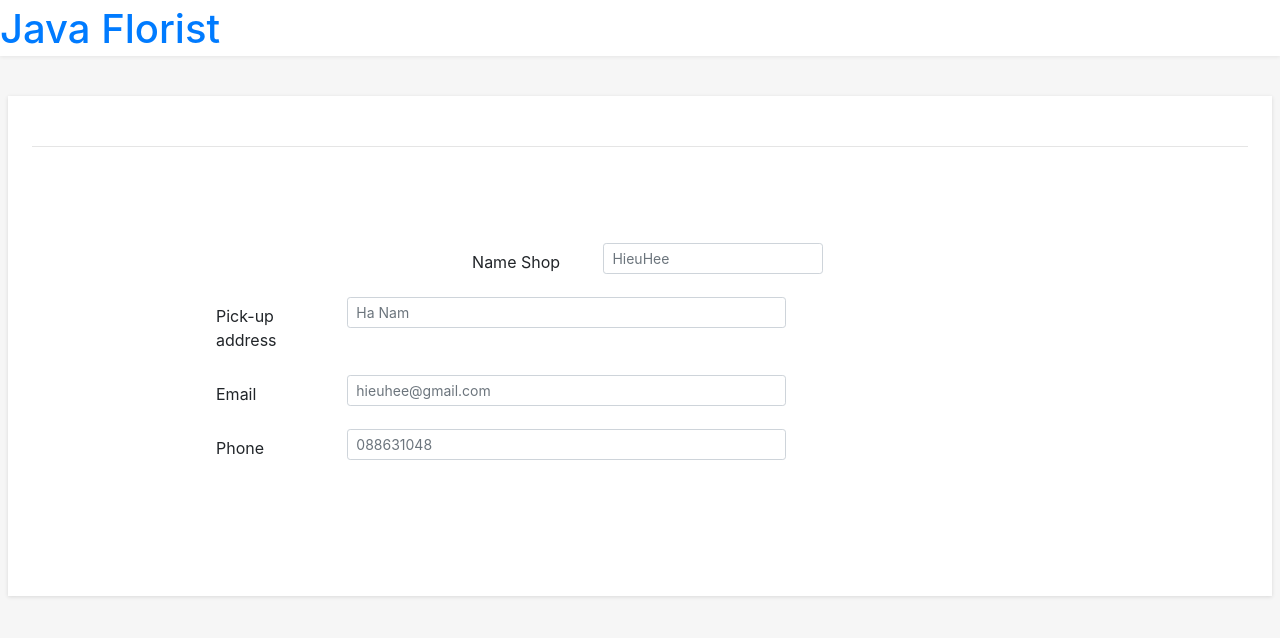
Repository: hienttm/flower-java-florist
Page: JavaFlorist/JavaFlorist/wwwroot/BecomePartner/index.html
The author's editor kept a copy of each file at every save. The page is drawn from the files as they stood at one save, then again after a run of saves.
The browser window is 1280 px wide. The pictures show the whole page.
Some web libraries are served in a nearby version.

Above is the page before, as saved 2023-12-29 18:02:25.

### JavaFlorist/JavaFlorist/wwwroot/BecomePartner/index.html
<!DOCTYPE html>
<html lang="en">
<head>
    <meta charset="UTF-8">
    <meta name="viewport" content="width=device-width, initial-scale=1.0">
    <title>Document</title>
        <!-- Google Web Fonts -->
        <link rel="preconnect" href="https://fonts.googleapis.com">
        <link rel="preconnect" href="https://fonts.gstatic.com" crossorigin>
        <link href="https://fonts.googleapis.com/css2?family=Open+Sans:wght@400;600&family=Raleway:wght@600;800&display=swap" rel="stylesheet">

        <!-- Icon Font Stylesheet -->
        <link rel="stylesheet" href="https://use.fontawesome.com/releases/v5.15.4/css/all.css" />
        <link href="https://cdn.jsdelivr.net/npm/bootstrap-icons@1.4.1/font/bootstrap-icons.css" rel="stylesheet">

            <!-- Customized Bootstrap Stylesheet -->
            <link rel="stylesheet" href="https://cdn.jsdelivr.net/npm/bootstrap@4.0.0/dist/css/bootstrap.min.css" integrity="sha384-Gn5384xqQ1aoWXA+058RXPxPg6fy4IWvTNh0E263XmFcJlSAwiGgFAW/dAiS6JXm" crossorigin="anonymous">
        <link rel="stylesheet" href="style/Partner.css">
</head>
<body>
    <!-- Spinner Start -->
    <div class="onboarding-page">
        <div class="header">
            <a asp-action="Index" asp-controller="Home" class="navbar-brand"><h1 class="text-primary display-6"> Java Florist</h1></a>
        </div>
        <div class="onboarding">
            <div class="onboarding-layout__main">
                <div class="onboarding-layout__content onboarding-layout__card">
                    <div class="flow-step-content">
                        <div class="steps-header"></div>
                        <div class="form-input">
                            <form class="p-5">
                                <div class="form-group row justify-content-center">
                                  <label for="text" class="col-sm-2 col-form-label">Name Shop</label>
                                  <div class="w-25">
                                    <input class="form-control form-control-sm" type="text" placeholder="HieuHee">
                                  </div>
                                </div>
                                <div class="form-group row">
                                  <label for="text" class="col-sm-2 col-form-label">Pick-up address</label>
                                  <div class="w-50">
                                    <input type="text" class="form-control form-control-sm"  placeholder="Ha Nam">
                                  </div>
                                </div>
                                <div class="form-group row">
                                    <label for="Email" class="col-sm-2 col-form-label">Email</label>
                                    <div class="w-50">
                                      <input type="email" class="form-control form-control-sm"  placeholder="hieuhee@gmail.com">
                                    </div>
                                  </div>
                                  <div class="form-group row">
                                    <label for="phone" class="col-sm-2 col-form-label">Phone</label>
                                    <div class="w-50">
                                        <input type="phone" class="form-control form-control-sm"  placeholder="088631048">
                                    </div>
                                  </div>
                              </form>
                        </div>
                    </div>

                </div>
            </div>
        </div>
    </div>


        <!-- JavaScript Libraries -->
        <script src="https://ajax.googleapis.com/ajax/libs/jquery/3.6.4/jquery.min.js"></script>
        <script src="https://cdn.jsdelivr.net/npm/bootstrap@5.0.0/dist/js/bootstrap.bundle.min.js"></script>
</body>
</html>

### JavaFlorist/JavaFlorist/wwwroot/BecomePartner/style/Partner.css
*,
*:before,
*:after {
  box-sizing: border-box;
}
* {
  margin: 0;
  padding: 0;
  font: inherit;
}
img,
picture,
svg,
video {
  display: block;
  max-width: 100%;
}
input,
select,
textarea {
  background-color: transparent;
  outline: none;
}
button {
  cursor: pointer;
  background-color: transparent;
  outline: none;
  border: 0;
}
body {
  min-height: 100vh;
  font-weight: 400;
  font-size: 16px;
  line-height: 1;
}

.onboarding-page{
    padding-top: 56px;
    min-width: 1264px;
    margin: 0 auto;
}
.header{
    position: fixed;
    top: 0;
    left: 0;
    width: 100%;
    height: 56px;
    box-shadow: 0 1px 4px 0 rgba(0,0,0,.07);
    background-color: #fff;
    z-index: 100001;
}

.navbar-brand{
    color: #CDB4DB !important;
}
.onboarding {
    min-height: calc(100vh - 56px - 40px);
    padding-bottom: 40px;
    background-color: #f6f6f6;
    }

.onboarding-layout__main {
        padding-top: 40px;
}

.onboarding-layout__card {
    width: 1264px;
    margin: 0 auto;
    height: 500px;
    background-color: #fff;
    box-shadow: 0 1px 4px 0 rgba(0,0,0,.12);
    }

    .flow-step-content{
        padding: 50px 24px;
    }
    .steps-header{
        border-bottom: 1px solid #e5e5e5;
    }

    .form-input{
        max-width: 944px;
        margin: 48px auto 40px;
        min-height: 198px;
}

After the next 6 saves:
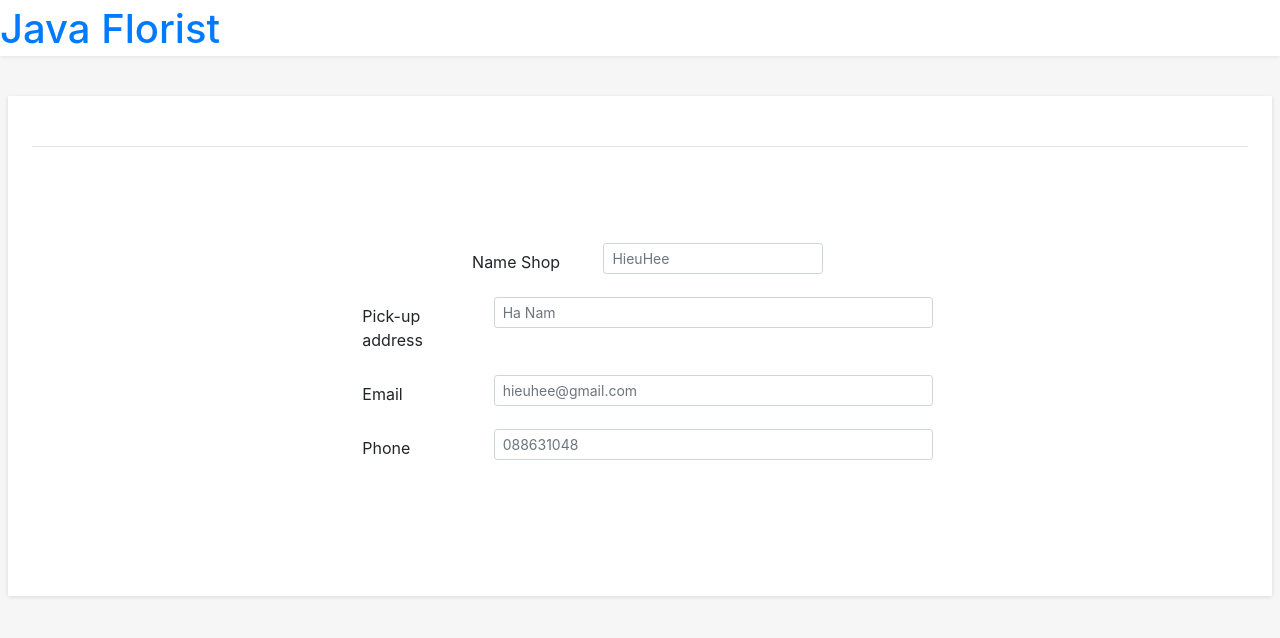
The 6 saves are shown as one change because they came seconds apart.
The last was saved 16 s later.
--- a/JavaFlorist/JavaFlorist/wwwroot/BecomePartner/index.html
+++ b/JavaFlorist/JavaFlorist/wwwroot/BecomePartner/index.html
@@ -36,19 +36,19 @@
                                     <input class="form-control form-control-sm" type="text" placeholder="HieuHee">
                                   </div>
                                 </div>
-                                <div class="form-group row">
+                                <div class="form-group row justify-content-center">
                                   <label for="text" class="col-sm-2 col-form-label">Pick-up address</label>
                                   <div class="w-50">
                                     <input type="text" class="form-control form-control-sm"  placeholder="Ha Nam">
                                   </div>
                                 </div>
-                                <div class="form-group row">
+                                <div class="form-group row justify-content-center">
                                     <label for="Email" class="col-sm-2 col-form-label">Email</label>
                                     <div class="w-50">
                                       <input type="email" class="form-control form-control-sm"  placeholder="hieuhee@gmail.com">
                                     </div>
                                   </div>
-                                  <div class="form-group row">
+                                  <div class="form-group row justify-content-center">
                                     <label for="phone" class="col-sm-2 col-form-label">Phone</label>
                                     <div class="w-50">
                                         <input type="phone" class="form-control form-control-sm"  placeholder="088631048">
